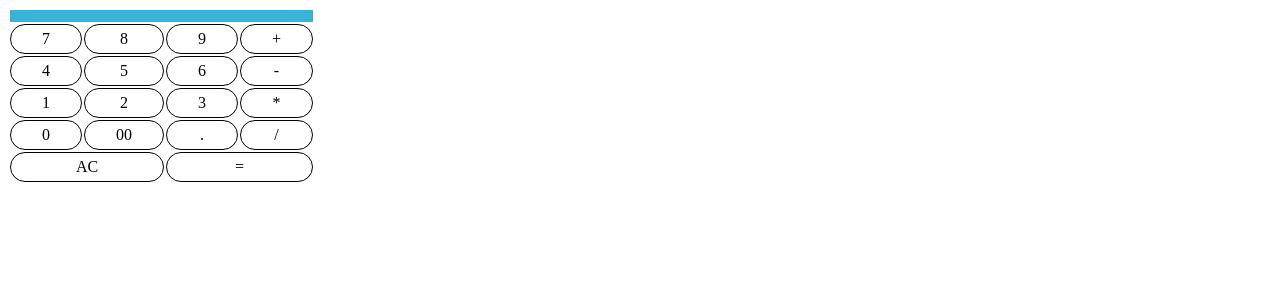
Repository: mai-akatsu/javascript2
Page: index.html
The author's editor kept a record of every edit. The page is drawn from the files as they stood at one moment, then again after the next edit.
The browser window is 1280 px wide. The pictures show the whole page.
After loading, the first visible `#operator` was clicked once.

Above is the page before.

### index.html
<!DOCTYPE html>
<html>
    <head>
        <meta charset="utf-8">
        <title>電卓</title>
        <link rel="stylesheet" href="main.css" type="text/css">
    </head>
    <body>
        <table>
            <tr>
                <td colspan="4" id="top_result">0</td>
            </tr>
            <tr>
                <td class="number" onclick="caliculate(this)">7</td>
                <td class="number" onclick="caliculate(this)">8</td>
                <td class="number" onclick="caliculate(this)">9</td>
                <td id ="operator" class="number" onclick="caliculate(this)">+</td>
            </tr>
            <tr>
                <td class="number" onclick="caliculate(this)">4</td>
                <td class="number" onclick="caliculate(this)">5</td>
                <td class="number" onclick="caliculate(this)">6</td>
                <td id ="operator" class="number" onclick="caliculate(this)">-</td>
            </tr>
            <tr>
                <td class="number" onclick="caliculate(this)">1</td>
                <td class="number" onclick="caliculate(this)">2</td>
                <td class="number" onclick="caliculate(this)">3</td>
                <td id ="operator" class="number" onclick="caliculate(this)">*</td>
            </tr>
            <tr>
                <td class="number" onclick="caliculate(this)">0</td>
                <td class="number" onclick="caliculate(this)">00</td>
                <td class="number" onclick="caliculate(this)">.</td>
                <td id="operator" class="number" onclick="caliculate(this)" >/</td>
            </tr>
            <tr>
                <td colspan="2" class="number" onclick="caliculate(this)">AC</td>
                <td colspan="2" class="number" onclick="caliculate(this)">=</td>
            </tr>
        </table>
        <script type="text/javascript" src="main.js"></script>
    </body>
</html>

### main.css
#top_result {
    width: 100%;
    background-color: #39b4d9;
    padding: 6px 6px;
    border-radius: 0px;
    text-align: right;
}
.number{
    border: solid 0.5px black;
    border-radius: 30px;
    text-align: center;
    padding: 5px 31px;
}

### main.js

    let result = document.getElementById("top_result");

function caliculate(target){
    let target_number = target.innerHTML;

    if(target_number == "AC"){
        result.innerHTML = "0";
    } else if (target_number == "="){
        result.innerHTML = eval(result.innerHTML);
    } else {
          if(result.innerHTML == "0"){
            result.innerHTML = target_number;
        } else {
            result.innerHTML += target_number;
        }
    }
}

let operator = document.getElementById("operator");

operator.addEventListener('click', function() {

    if(result.innerHTML.slice(-1) == "+"){
        let answer = result.innerHTML.slice(0,-1);
        result.innerHTML = answer;
    }else{
        result.innerHTML += result.innerHTML;
    }

}, false);

After the next edit:
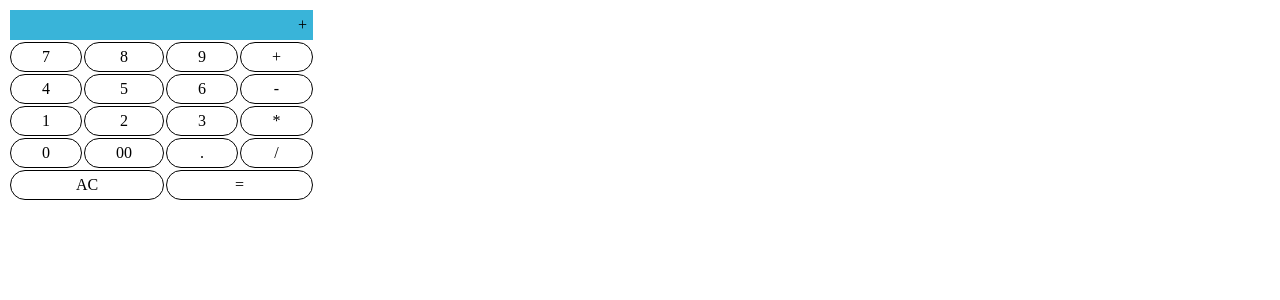
The edit:
--- a/main.js
+++ b/main.js
@@ -23,7 +23,7 @@
 
     if(result.innerHTML.slice(-1) == "+"){
         let answer = result.innerHTML.slice(0,-1);
-        result.innerHTML = answer;
+        result.innerHTML =answer + "+";
     }else{
         result.innerHTML += result.innerHTML;
     }
